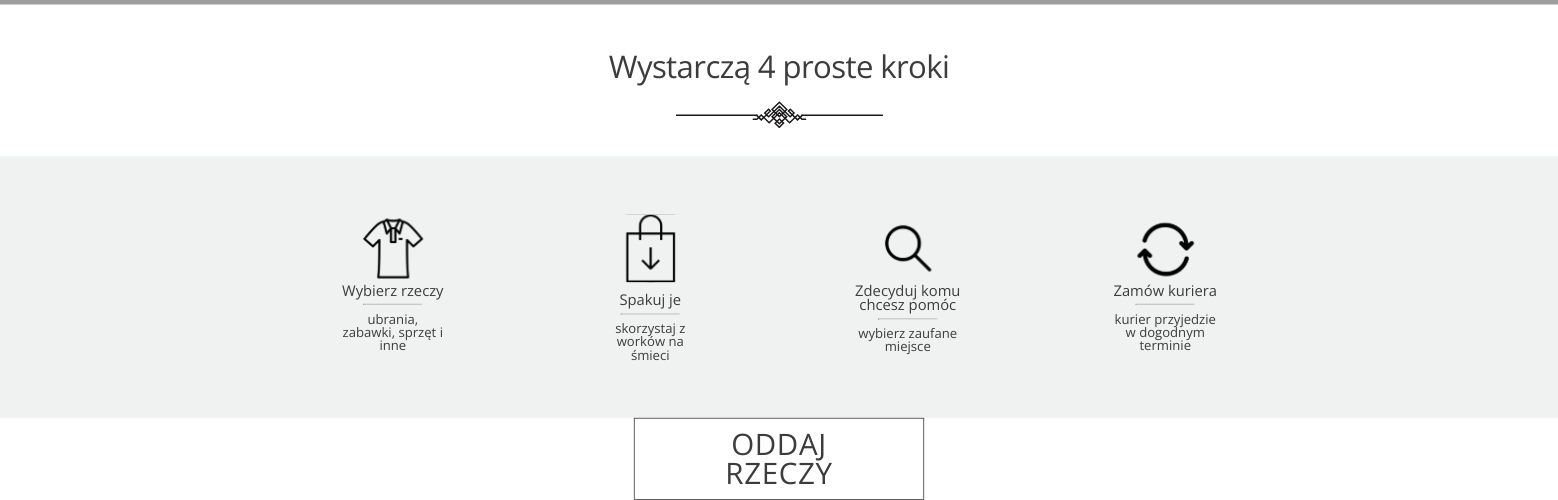
Repository: tomekwoojcik/oddam-w-dobre-rence
Page: /
An editor plug-in stored every save of this project. The page is shown before and after the next save, followed by the edit.
The browser window is 1280 px wide. The page is 1900 px wide, so the pictures cover 1900 px, including what lies to the right of the window. The pictures show the part of the page from y = 1341 to 1985 px (the page is 1951 px tall before and 1985 px after), at 82% of full size.
Pictures or frames that could not be fetched are drawn as grey boxes. The project was rebuilt for these pictures with package versions that can differ from the ones it lists, and the page was loaded fresh each time. Also part of the build but not shown: src/pages/logIn/logIn.js, src/pages/register/register.js.

Above is the page before, as saved 2022-12-08 08:23:32.

### public/index.html
<!DOCTYPE html>
<html lang="en">
  <head>
    <meta charset="utf-8" />
    <link rel="icon" href="%PUBLIC_URL%/favicon.ico" />
    <meta name="viewport" content="width=device-width, initial-scale=1" />
    <meta name="theme-color" content="#000000" />
    <meta
      name="description"
      content="Web site created using create-react-app"
    />
    <link rel="apple-touch-icon" href="%PUBLIC_URL%/logo192.png" />
    <link rel="manifest" href="%PUBLIC_URL%/manifest.json" />
    <title>React App</title>
    <link rel="preconnect" href="https://fonts.googleapis.com">
    <link rel="preconnect" href="https://fonts.gstatic.com" crossorigin>
    <link
      href="https://fonts.googleapis.com/css2?family=Merriweather:ital,wght@0,300;0,400;0,700;0,900;1,300;1,400;1,700;1,900&family=Open+Sans:ital,wght@0,300;0,400;0,500;0,600;0,700;0,800;1,300;1,400;1,500;1,600;1,700;1,800&display=swap"
      rel="stylesheet">
  </head>
  <body>
    <div id="root"></div>
  </body>
</html>

### src/index.js
import React from 'react'
import ReactDOM from 'react-dom/client'
import './scss/main.scss'
import App from './App'
import reportWebVitals from './reportWebVitals'

const root = ReactDOM.createRoot(document.getElementById('root'))
root.render(
  <React.StrictMode>
    <App />
  </React.StrictMode>
)

// If you want to start measuring performance in your app, pass a function
// to log results (for example: reportWebVitals(console.log))
// or send to an analytics endpoint. Learn more: https://bit.ly/CRA-vitals
reportWebVitals()

### src/scss/main.scss
@import './reset';
@import './settings/colors';
@import './settings/fonts';
@import '../components/atoms/buttonsMenu/buttonsMenu';
@import '../components/molecules/navMenu/navMenu';
@import '../components/atoms/buttonsLoginLogout/buttonsLoginLogout';
@import '../components/molecules/navLoginLogout/navLoginLogout';
@import '../components/molecules/menu/menu';
@import '../components/atoms/photoInHeader/photoInHeader.scss';
@import '../components/organisms/header/header';
@import '../components/atoms/partTextInHeader/firstPartText';
@import '../components/molecules/rightPart/rightPart';
@import '../components/molecules/textInHeader/textInHeader';
@import '../components/atoms/decorationAssets/decorationAssets';
@import '../components/molecules/menuRightPartContext/menuRightPartContext';
@import '../components/atoms/buttonsInRightPartContext/buttonsInRightPartContext';
@import '../components/organisms/threeColumns/threeColumns';
@import '../pages/home/home';
@import '../components/molecules/oneColumn/oneColumn';
@import '../components/atoms/counterInColumn/counterInColumn';
@import '../components/atoms/titleInColumn/titleInColumn';
@import '../components/atoms/textInColumn/textInColumn';
@import '../components/atoms/simpleStepsTitle/simpleStepsTitle';
@import '../components/organisms/simpleSteps/simpleSteps';
@import '../components/atoms/simpleStepsColumn/simpleStepsColumn';
@import '../components/molecules/simpleStepsBar/simpleStepsBar';

* {
    font-family: $font-base;
}

### src/App.js
/* eslint-disable react/react-in-jsx-scope */
import { Outlet, Route, Routes } from 'react-router'
import { BrowserRouter } from 'react-router-dom'
import Home from './pages/home/home'
import './App.css'
import LogIn from './pages/logIn/logIn'
import Register from './pages/register/register'

function App () {
  return (
    <div className="App">
      <Outlet />
      <BrowserRouter>
        <Routes>
          <Route path='/' element={<Home />} />
          <Route path='logowanie' element={<LogIn />} />
          <Route path='rejestracja' element={<Register />} />
        </Routes>

      </BrowserRouter>
    </div>
  )
}

export default App

### src/scss/settings/_colors.scss
$white-color: #F0F1F1;
$mustard-color: #5E5322;
$strong-yellow-color: #FAD648;
$grey-color: #737373;
$black-color: #3C3C3C;

### src/components/atoms/buttonsMenu/_buttonsMenu.scss
@import '../../../scss/settings/fonts';
@import '../../../scss/settings/colors';

.buttonItem {
    .button {
        font-size: 18px;
        padding: 9px 20px;
        color: $black-color;
        text-decoration: none;
        font-family: $font-base;
        border: 0.75px solid white;
    }

    .button:hover{
        border: 0.75px solid $black-color;
    }
}

### src/components/molecules/navMenu/_navMenu.scss
@import '../../../scss/settings/fonts';
@import '../../../scss/settings/colors';

.buttonList {
    margin-top: 10px;
    display: flex;
    flex-direction: row;
    justify-content: flex-end;
    margin-right: 142px;
}

### src/components/atoms/buttonsLoginLogout/_buttonsLoginLogout.scss
@import '../../../scss/settings/fonts';
@import '../../../scss/settings/colors';

.buttonMenuItems {
    .buttonMenu {
        font-family: $font-base;
        font-size: 14px;
        text-decoration: none;
        color: $grey-color;
        padding: 9px 10px;
        margin-left: 20px;
        border: 0.75px solid white;
    }

    .buttonMenu:hover{
        border-color: $strong-yellow-color;
    }
}

### src/components/molecules/navLoginLogout/_navLoginLogout.scss
.buttonMenuList{
    display: flex;
    flex-direction: row;
    justify-content: flex-end;
    margin-right: 142px;
    margin-bottom: 60px;
}

### src/components/molecules/menu/_menu.scss
.menu {
    width: 100%;
    margin-top: 37px;
    flex-direction: column;
}

### src/components/atoms/photoInHeader/_photoInHeader.scss
.photoHeader {
    width: 885px;
    height: 963px;
}

### src/components/organisms/header/_header.scss
.header {
    display: flex;
    flex-direction: row;
    width: 1758px;
}

### src/components/atoms/partTextInHeader/_firstPartText.scss
@import '../../../scss/settings/fonts';
@import '../../../scss/settings/colors';

.textInHeader{
    font-family: $font-base;
    font-size: 38px;
    margin-bottom: 10px;
}

### src/components/molecules/rightPart/_rightPart.scss
.rightPartHeader{
    display: flex;
    flex-direction: column;
}

### src/components/molecules/textInHeader/_textInHeader.scss
.textIn{
    margin-top: 210px;
}

### src/components/atoms/decorationAssets/_decorationAssets.scss
.decorationAssets {
    width: 253px;
    height: 33px;
    align-self: center;
    margin-top: 25px;
}

### src/components/molecules/menuRightPartContext/_menuRightPartContext.scss
.menuRightPartContext{
    display: flex;
    flex-direction: row;
    justify-content: center;
    margin-top: 65px;
}

### src/components/atoms/buttonsInRightPartContext/_buttonsInRightPartContext.scss
@import '../../../scss/settings/fonts';
@import '../../../scss/settings/colors';
@import '../../../scss/settings/otherVariables';

.buttonItemMenuContext {
    width: 250px;
    border: $border;
    padding: 13px 51px;

    .buttonMenuContext {

        text-transform: uppercase;
        text-decoration: none;
        color: $black-color;
        font-size: 36px;
        letter-spacing: 0.76px;
        word-wrap: break-word;
        font-family: $font-base;
        font-weight: 300;
    }

}

.buttonItemMenuContext:nth-child(2) {
    margin-left: 44px;
}

### src/scss/settings/_otherVariables.scss
@import '../settings/colors';
@import '../settings/colors';

$border: 0.75px solid $black-color;

### src/components/organisms/threeColumns/_threeColumns.scss
.threeColumns{
    background: url(../../../assets/backGround.png) ;
    width: 100%;
    display: flex;
    flex-direction: row;
    justify-content: space-around;
}

### src/pages/home/_home.scss
.homePage{
    width: 1900px;
    margin: 0 auto;
}

### src/components/molecules/oneColumn/_oneColumn.scss
.oneColumn {
    display: flex;
    flex-direction: column;
    justify-content: center;
    width: 334px;
    height: 252px;
    padding-top: 46px;
    padding-bottom: 86px;

}

### src/components/atoms/counterInColumn/_counterInColumn.scss
@import '../../../scss/settings/fonts';
@import '../../../scss/settings/colors';
@import '../../../scss/settings/otherVariables';

.counterColumn{
    font-size: 90px;
    font-family: $font-base;
    color: $mustard-color;
    font-weight: 300;
}

### src/components/atoms/titleInColumn/_titleInColumn.scss
@import '../../../scss/settings/fonts';
@import '../../../scss/settings/colors';
@import '../../../scss/settings/otherVariables';

.titleColumn{
    text-transform: uppercase;
    font-size: 18px;
    font-family: $font-base;
    letter-spacing: -0.36px;
    color: $black-color;
    margin: 10px 0 28px 0;

}

### src/components/atoms/textInColumn/_textInColumn.scss
@import '../../../scss/settings/fonts';
@import '../../../scss/settings/colors';
@import '../../../scss/settings/otherVariables';


.textColumn{
    font-family: $font-alt;
    font-size: 16px;
    font-weight: lighter;
    color: $black-color;
    letter-spacing: -0.32px;
    line-height: 25px;
}

### src/components/atoms/simpleStepsTitle/_simpleStepsTitle.scss
@import '../../../scss/settings/fonts';
@import '../../../scss/settings/colors';
@import '../../../scss/settings/otherVariables';

.simpleStepsTitle {
    font-size: 38px;
    font-family: $font-base;
    letter-spacing: -0.76px;
    color: $black-color;
    font-weight: 300;
}

### src/components/organisms/simpleSteps/_simpleSteps.scss
.simpleSteps{
    margin-top: 55px;
    display: flex;
    flex-direction: column;

    .buttonItemMenuContext{
        align-self: center;
    }
}

### src/components/atoms/simpleStepsColumn/_simpleStepsColumn.scss
@import '../../../scss/settings/fonts';
@import '../../../scss/settings/colors';
@import '../../../scss/settings/otherVariables';

.simpleStepsColumn {
    width: 130px;
    height: 172px;

    .simpleStepsColumnImg {
        width: 83px;
        height: 83px;
    }

    .simpleStepsColumnTitle {
        font-family: $font-base;
        font-size: 18px;
        color: $black-color;
    }

    .simpleStepsColumnLine {
        color: $grey-color;
        width: 70px;
    }

    .simpleStepsColumnText {
        font-family: $font-base;
        font-size: 16px;
        color: $black-color;
        height: 40px;
        width: 100%;
    }
}


.simpleStepsColumn:nth-child(2){
    .simpleStepsColumnTitle{
        margin-top: 12px;
    }
}

### src/components/molecules/simpleStepsBar/_simpleStepsBar.scss
@import '../../../scss/settings/fonts';
@import '../../../scss/settings/colors';
@import '../../../scss/settings/otherVariables';

.simpleStepsBar {
    background-color: $white-color;
    padding: 71px 414px 76px 414px;
    display: flex;
    flex-direction: row;
    justify-content: space-between;
    margin-top: 34px;
}

### src/pages/home/home.js
import React from 'react'
import Header from '../../components/organisms/header/header'
import SimpleSteps from '../../components/organisms/simpleSteps/simpleSteps'
import ThreeColumns from '../../components/organisms/threeColumns/threeColumns'

const Home = () => {
  return (
    <div className='homePage'>
      <Header />
      <ThreeColumns />
      <SimpleSteps/>
    </div>
  )
}

export default Home

### src/components/organisms/header/header.js
import React from 'react'
import PhotoInHeader from '../../atoms/photoInHeader/photoInHeader'
import RightPart from '../../molecules/rightPart/rightPart'
const Header = () => {
  return (
    <header className='header'>
      <PhotoInHeader />
      <RightPart />
    </header>

  )
}

export default Header

### src/components/organisms/simpleSteps/simpleSteps.js
import React from 'react'
import SimpleStepsTitle from '../../atoms/simpleStepsTitle/simpleStepsTitle'
import DecorationAssets from '../../atoms/decorationAssets/decorationAssets'
import SimpleStepsBar from '../../molecules/simpleStepsBar/simpleStepsBar'
import ButtonsInRightPartContext from '../../atoms/buttonsInRightPartContext/buttonsInRightPartContext'
const SimpleSteps = () => {
  return (
        <div className='simpleSteps'>
            <SimpleStepsTitle text={'Wystarczą 4 proste kroki'} />
            <DecorationAssets />
            <SimpleStepsBar />
            <ButtonsInRightPartContext buttonName={'oddaj rzeczy'} />
        </div>
  )
}

export default SimpleSteps

### src/components/organisms/threeColumns/threeColumns.js
import React from 'react'
import OneColumn from '../../molecules/oneColumn/oneColumn'

const ThreeColumns = () => {
  return (
        <div className='threeColumns'>
          <OneColumn counter={'10'} title={'Oddanych worków'} text={'Lorem ipsum dolor sit amet, consectetur adipisc Pellentesque vel enim a elit viverra elementuma. Aliquam erat volutpat.'} />
          <OneColumn counter={'5'} title={'Wspartych organizacji'} text={'Lorem ipsum dolor sit amet, consectetur adipisc Pellentesque vel enim a elit viverra elementuma. Aliquam erat volutpat.'} />
          <OneColumn counter={'7'} title={'Zorganizowanych zbiórek'} text={'Lorem ipsum dolor sit amet, consectetur adipisc Pellentesque vel enim a elit viverra elementuma. Aliquam erat volutpat.'} />
        </div>
  )
}

export default ThreeColumns

### src/components/atoms/photoInHeader/photoInHeader.js
import React from 'react'
import Image from '../../../assets/Home-Hero-Image.jpg'

const PhotoInHeader = () => {
  return (
    <img className='photoHeader' src={Image} />
  )
}

export default PhotoInHeader

### src/components/molecules/rightPart/rightPart.js
import React from 'react'
import Menu from '../menu/menu'
import RightPartContext from '../rightPartContext/rightPartContext'

const RightPart = () => {
  return (
    <div className='rightPartHeader'>
      <Menu />
      <RightPartContext />
    </div>
  )
}

export default RightPart

### src/components/atoms/simpleStepsTitle/simpleStepsTitle.js
/* eslint-disable react/prop-types */
import React from 'react'

const SimpleStepsTitle = ({ text }) => {
  return (
        <h4 className='simpleStepsTitle'>{text}</h4>
  )
}

export default SimpleStepsTitle

### src/components/atoms/decorationAssets/decorationAssets.js
import React from 'react'
import DecoratorImage from '../../../assets/Decoration.svg'
const DecorationAssets = () => {
  return (
        <img className="decorationAssets" src={DecoratorImage} />
  )
}

export default DecorationAssets

### src/components/molecules/simpleStepsBar/simpleStepsBar.js
import React from 'react'
import SimpleStepsColumn from '../../atoms/simpleStepsColumn/simpleStepsColumn'
import IconOne from '../../../assets/Icon-1.svg'
import IconSec from '../../../assets/Icon-2.svg'
import IconThr from '../../../assets/Icon-3.svg'
import IconFou from '../../../assets/Icon-4.svg'

const SimpleStepsBar = () => {
  return (
        <div className='simpleStepsBar'>
          <SimpleStepsColumn source={IconOne} simpleStepsColumnTitle={'Wybierz rzeczy'} simpleStepsColumnText={'ubrania, zabawki, sprzęt i inne'} />
          <SimpleStepsColumn source={IconSec} simpleStepsColumnTitle={'Spakuj je'} simpleStepsColumnText={'skorzystaj z worków na śmieci'} />
          <SimpleStepsColumn source={IconThr} simpleStepsColumnTitle={'Zdecyduj komu chcesz pomóc'} simpleStepsColumnText={'wybierz zaufane miejsce'} />
          <SimpleStepsColumn source={IconFou} simpleStepsColumnTitle={'Zamów kuriera'} simpleStepsColumnText={'kurier przyjedzie w dogodnym terminie'} />
        </div>
  )
}

export default SimpleStepsBar

### src/components/atoms/buttonsInRightPartContext/buttonsInRightPartContext.js
import React from 'react'
import { NavLink } from 'react-router-dom'

// eslint-disable-next-line react/prop-types
const ButtonsInRightPartContext = ({ source, buttonName }) => {
  return (
    <div className='buttonItemMenuContext'><NavLink className='buttonMenuContext' to={source}>{buttonName}</NavLink></div>
  )
}

export default ButtonsInRightPartContext

### src/components/molecules/oneColumn/oneColumn.js
/* eslint-disable react/prop-types */
import React from 'react'
import CounterInColumn from '../../atoms/counterInColumn/counterInColumn'
import TextInColumn from '../../atoms/textInColumn/textInColumn'
import TitleInColumn from '../../atoms/titleInColumn/titleInColumn'

const OneColumn = ({ counter, title, text }) => {
  return (
        <div className='oneColumn'>
            <CounterInColumn counterColumn={counter} />
            <TitleInColumn titleColumn={title} />
            <TextInColumn textColumn={text} />
        </div>
  )
}

export default OneColumn

### src/components/molecules/menu/menu.js
import React from 'react'
import NavLoginLogout from '../navLoginLogout/navLoginLogout'
import NavMenu from '../navMenu/navMenu'

const Menu = () => {
  return (
    <div className='menu'>
      <NavLoginLogout />
      <NavMenu />
    </div>
  )
}

export default Menu

### src/components/molecules/rightPartContext/rightPartContext.js
import React from 'react'
import DecorationAssets from '../../atoms/decorationAssets/decorationAssets'
import MenuRightPartContext from '../menuRightPartContext/menuRightPartContext'
import TextInHeader from '../textInHeader/textInHeader'

const RightPartContext = () => {
  return (
      <div className='rightPartContext'>
          <TextInHeader />
          <DecorationAssets />
          <MenuRightPartContext/>
        </div>
  )
}

export default RightPartContext

### src/components/atoms/simpleStepsColumn/simpleStepsColumn.js
/* eslint-disable react/prop-types */
import React from 'react'

const SimpleStepsColumn = ({ source, simpleStepsColumnTitle, simpleStepsColumnText }) => {
  return (
    <div className='simpleStepsColumn'>
          <img className='simpleStepsColumnImg' src={source} />
          <h4 className='simpleStepsColumnTitle' >{simpleStepsColumnTitle}</h4>
          <hr className='simpleStepsColumnLine' />
          <p className='simpleStepsColumnText'>{simpleStepsColumnText}</p>
    </div>
  )
}

export default SimpleStepsColumn

### src/components/atoms/counterInColumn/counterInColumn.js
/* eslint-disable react/prop-types */
import React from 'react'

const CounterInColumn = ({ counterColumn }) => {
  return (
    <h3 className='counterColumn'>{counterColumn}</h3>
  )
}

export default CounterInColumn

### src/components/atoms/textInColumn/textInColumn.js
/* eslint-disable react/prop-types */
import React from 'react'

const TextInColumn = ({ textColumn }) => {
  return (
      <p className='textColumn'>{ textColumn }</p>
  )
}

export default TextInColumn

### src/components/atoms/titleInColumn/titleInColumn.js
/* eslint-disable react/prop-types */
import React from 'react'

const TitleInColumn = ({ titleColumn }) => {
  return (
      <h4 className='titleColumn'>{titleColumn}</h4>
  )
}

export default TitleInColumn

### src/components/molecules/navLoginLogout/navLoginLogout.js
import React from 'react'
import ButtonsLoginLogout from '../../atoms/buttonsLoginLogout/buttonsLoginLogout'

const NavLoginLogout = () => {
  return (
        <ul className='buttonMenuList'>
          <ButtonsLoginLogout source={'logowanie'} buttonName={'Zaloguj'} />
          <ButtonsLoginLogout source={'rejestracja'} buttonName={'Załóź konto'} />
        </ul>
  )
}

export default NavLoginLogout

### src/components/molecules/navMenu/navMenu.js
import React from 'react'
import ButtonsMenu from '../../atoms/buttonsMenu/buttonsMenu'

const NavMenu = () => {
  return (
        <ul className='buttonList'>
          <ButtonsMenu source={'/'} linkName={'Start'} />
          <ButtonsMenu source={'/'} linkName={'O co chodzi?'} />
          <ButtonsMenu source={'/'} linkName={'O nas'} />
          <ButtonsMenu source={'/'} linkName={'Fundacje i organizacje'} />
          <ButtonsMenu source={'/'} linkName={'Kontakt'} />
        </ul>
  )
}

export default NavMenu

### src/components/molecules/menuRightPartContext/menuRightPartContext.js
import React from 'react'
import ButtonsInRightPartContext from '../../atoms/buttonsInRightPartContext/buttonsInRightPartContext'

const MenuRightPartContext = () => {
  return (
      <ul className='menuRightPartContext'>
      <ButtonsInRightPartContext source={'#'} buttonName={'Oddaj rzeczy'} />
      <ButtonsInRightPartContext source={'#'} buttonName={'Zorganizuj zbiórke'} />
    </ul>
  )
}

export default MenuRightPartContext

### src/components/molecules/textInHeader/textInHeader.js
import React from 'react'
import FirstPartText from '../../atoms/partTextInHeader/firstPartText'

const TextInHeader = () => {
  return (
        <div className='textIn'>
          <FirstPartText textHeader={'Zacznij pomagać!'} />
          <FirstPartText textHeader={'Oddaj niechciane rzeczy w zaufane ręce'} />
        </div>
  )
}

export default TextInHeader

### src/components/atoms/buttonsLoginLogout/buttonsLoginLogout.js
/* eslint-disable react/prop-types */
import React from 'react'
import { NavLink } from 'react-router-dom'

const ButtonsLoginLogout = ({ source, buttonName }) => {
  return (
        <li className='buttonMenuItems'><NavLink className='buttonMenu' to={source}>{buttonName}</NavLink></li>
  )
}

export default ButtonsLoginLogout

### src/components/atoms/buttonsMenu/buttonsMenu.js
import React from 'react'
import { NavLink } from 'react-router-dom'

// eslint-disable-next-line react/prop-types
const ButtonsMenu = ({ source, linkName }) => {
  return (
        <li className='buttonItem'><NavLink className="button" to={source}>{linkName}</NavLink></li>
  )
}

export default ButtonsMenu

### src/components/atoms/partTextInHeader/firstPartText.js
import React from 'react'

// eslint-disable-next-line react/prop-types
const FirstPartText = ({ textHeader }) => {
  return (
    <h3 className='textInHeader'>{textHeader}</h3>
  )
}

export default FirstPartText

Loaded but not shown: src/reportWebVitals.js (common file); src/scss/_reset.scss (common file); src/scss/settings/_fonts.scss (common file); src/App.css (common file)

After the next save:
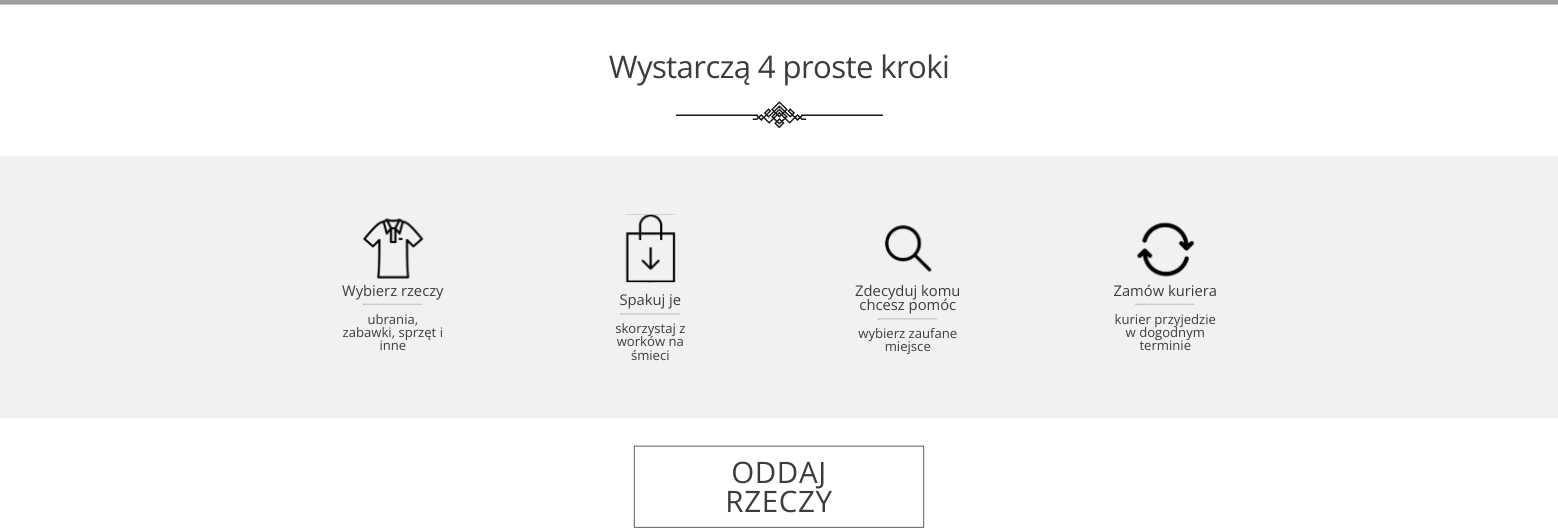
Saved 17 s later.
--- a/src/components/molecules/simpleStepsBar/_simpleStepsBar.scss
+++ b/src/components/molecules/simpleStepsBar/_simpleStepsBar.scss
@@ -9,4 +9,5 @@
     flex-direction: row;
     justify-content: space-between;
     margin-top: 34px;
+    margin-bottom: 34px;
 }
